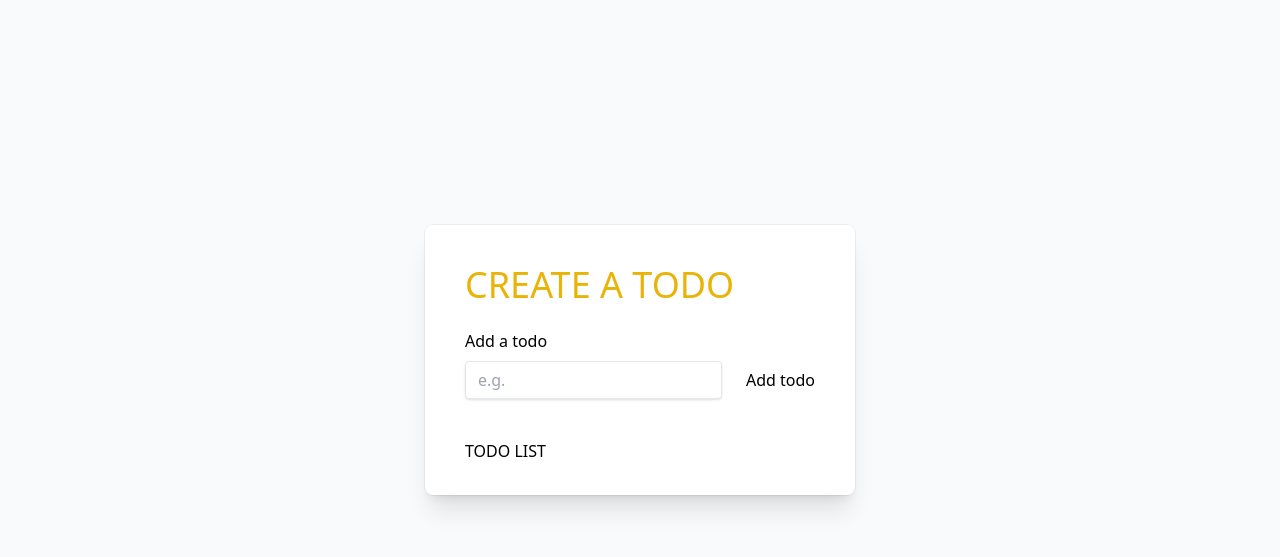
Repository: Kajo-lab/vue-todo
Page: /
An editor plug-in stored every save of this project. The page is shown before and after the next save, followed by the edit.
The browser window is 1280 px wide. The pictures show the whole page.
The project was rebuilt for these pictures with package versions that can differ from the ones it lists, and the page was loaded fresh each time. Also part of the build but not shown: vite.config.js, webpack.config.js.

Above is the page before, as saved 2022-07-07 17:07:24.

### src/main.js
import { createApp } from 'vue'
import App from './App.vue'
import "./assets/tailwind.css";

createApp(App).mount('#app')

### src/App.vue
<script setup>
import { ref, onMounted, computed, watch } from 'vue'

const todos = ref([])
const name = ref('')

const input_content = ref('')

const todos_asc = computed(() => todos.value.sort((a,b) =>{
	return a.createdAt - b.createdAt
}))

watch(name, (newVal) => {
	localStorage.setItem('name', newVal)
})

watch(todos, (newVal) => {
	localStorage.setItem('todos', JSON.stringify(newVal))
}, {
	deep: true
})

const addTodo = () => {
  if (input_content.value.trim() === '') {
    return
  }

	todos.value.push({
		content: input_content.value,
		done: false,
		editable: false,
		createdAt: new Date().getTime()
	})
}

const removeTodo = (todo) => {
	todos.value = todos.value.filter((t) => t !== todo)
}

onMounted(() => {
	name.value = localStorage.getItem('name') || ''
	todos.value = JSON.parse(localStorage.getItem('todos')) || []
})
</script>

<template>

<main class="relative flex min-h-screen flex-col justify-center overflow-hidden bg-gray-50 py-6 sm:py-12">
	<div class="relative bg-white px-6 pt-10 pb-8 shadow-xl ring-1 ring-gray-900/5 sm:mx-auto sm:max-w-lg sm:rounded-lg sm:px-10">
		<section class="mb-10">
		<h1 class="text-4xl text-yellow-500 mb-6">CREATE A TODO</h1>
				<h4 class="mb-2">Add a todo</h4>
				<form id="new-todo-form" class="flex gap-6" @submit.prevent="addTodo">
					<input
						class="shadow appearance-none border rounded w-full py-2 px-3 text-gray-700 leading-tight focus:outline-none focus:shadow-outline"
						type="text"
						name="content"
						id="content"
						placeholder="e.g. "
						v-model="input_content" />

					<input type="submit" value="Add todo" />
				</form>
		</section>

		<section>
				<h3>TODO LIST</h3>
				<div id="todo-list">
					<div class="flex mb-4" v-for="todo in todos_asc" :key="`todo-item ${todo.done && 'done'}`">

						<div class="flex gap-6 ">
							<input
							class="shadow appearance-none border rounded w-full py-2 px-3 text-gray-700 leading-tight focus:outline-none focus:shadow-outline"
							type="text"
							v-model="todo.content" />

							<button class="h-10 w-20 text-white rounded-lg bg-red-500 hover:bg-red-600" @click="removeTodo(todo)">Delete</button>
						</div>
					</div>
				</div>
		</section>
	</div>
</main>

</template>

<style src="./assets/tailwind.css"></style>

Loaded but not shown: src/assets/tailwind.css (common file); tailwind.config.js (common file)

After the next save:
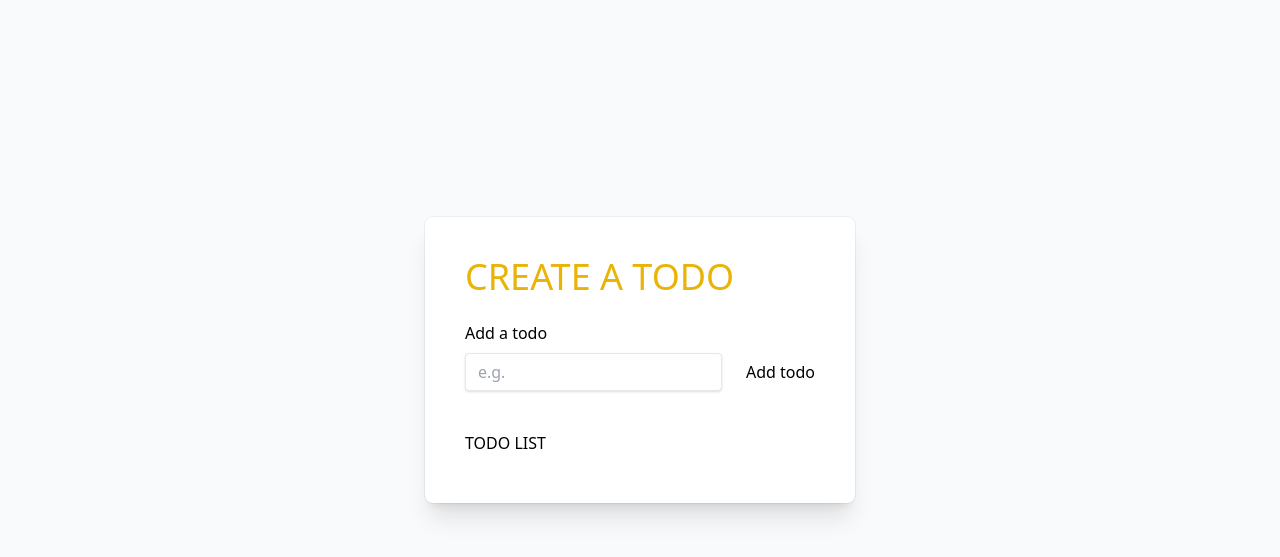
Saved 15 s later.
--- a/src/App.vue
+++ b/src/App.vue
@@ -64,8 +64,8 @@ onMounted(() => {
 		</section>
 
 		<section>
-				<h3>TODO LIST</h3>
-				<div id="todo-list">
+				<h3 class="mb-4">TODO LIST</h3>
+				<div id="todo-list ">
 					<div class="flex mb-4" v-for="todo in todos_asc" :key="`todo-item ${todo.done && 'done'}`">
 
 						<div class="flex gap-6 ">
